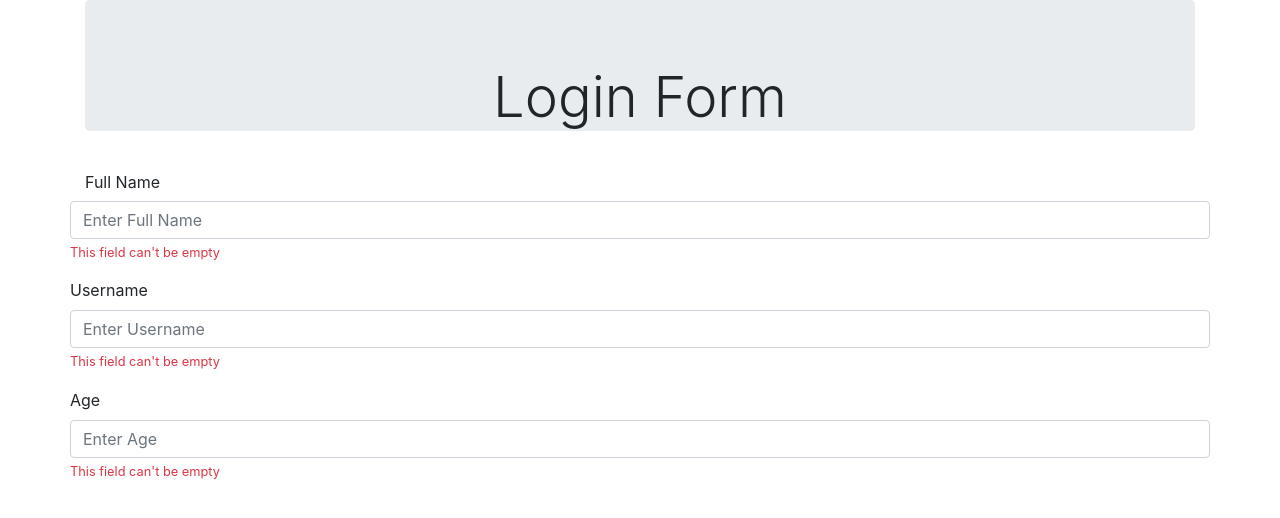
Repository: amar468S/Ng-templateDrivenForm
Page: /
An editor plug-in stored every save of this project. The page is shown before and after the next save, followed by the edit.
The browser window is 1280 px wide. The pictures show the whole page.
Some web libraries are served in a nearby version. The project was rebuilt for these pictures with package versions that can differ from the ones it lists, and the page was loaded fresh each time. Also part of the build but not shown: angular.json.

Above is the page before, as saved 2019-02-03 15:48:36.

After the next save:
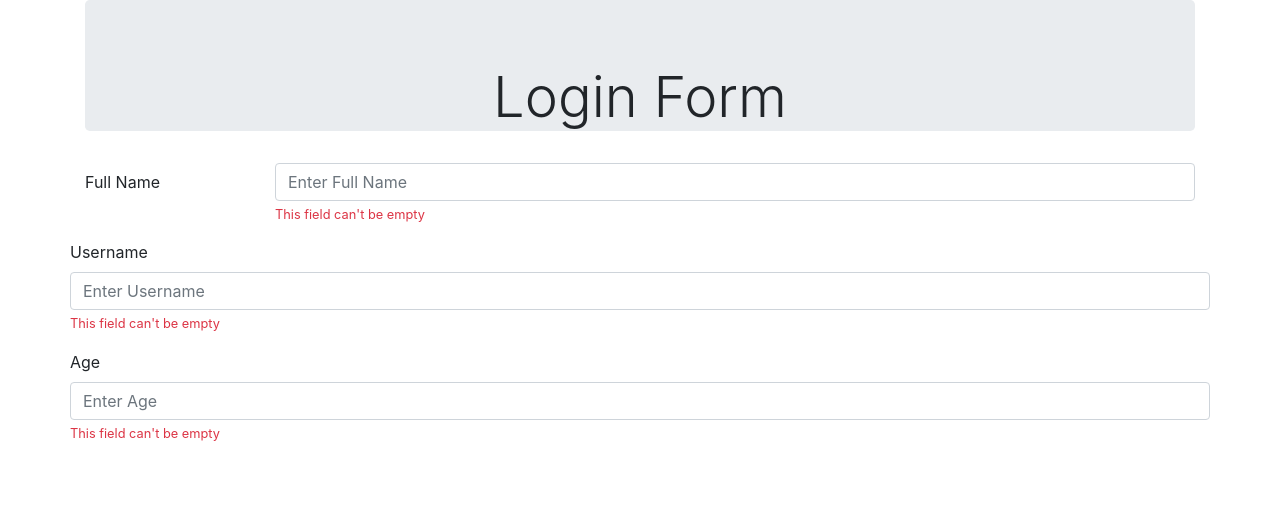
Saved 42 s later.
--- a/src/app/app.component.html
+++ b/src/app/app.component.html
@@ -6,8 +6,10 @@
   <form>
       <div class="form-group row">
           <label class="col-sm-2 col-form-label">Full Name</label>
-          <input type="text" class="form-control" placeholder="Enter Full Name">
-          <small class="form-text text-danger">This field can't be empty</small>
+          <div class="col-sm-10">
+            <input type="text" class="form-control" placeholder="Enter Full Name">
+            <small class="form-text text-danger">This field can't be empty</small>
+          </div>
       </div>
       <div class="form-group row">
           <label>Username</label>
